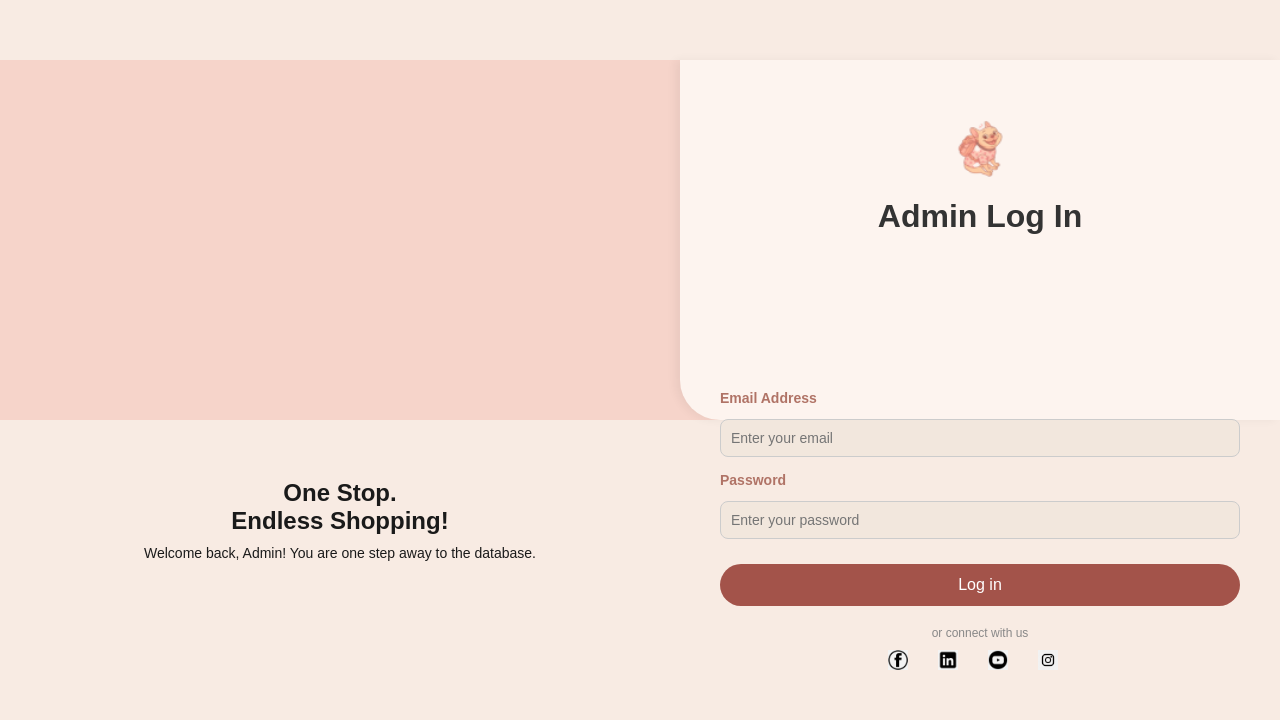
Repository: Yanayana-p/Bullgoods
Page: /adminlogin (app in Bullgoodiez/)
An editor plug-in stored every save of this project. The page is shown before and after the next save, followed by the edit.
The browser window is 1280 px wide. The pictures show the whole page.
Some web fonts or font styles are not loaded; a fallback is used. The project was rebuilt for these pictures with package versions that can differ from the ones it lists, and the page was loaded fresh each time. Also part of the build but not shown: Bullgoodiez/vite.config.js, Bullgoodiez/src/components/Navbar.css, Bullgoodiez/src/components/Navbar.jsx, Bullgoodiez/src/components/Home.jsx, Bullgoodiez/src/components/Developers.css, Bullgoodiez/src/components/Developers.jsx, Bullgoodiez/src/components/Mission1.css, Bullgoodiez/src/components/Mission1.jsx and 22 more.

Above is the page before, as saved 2025-05-18 23:05:39.

### Bullgoodiez/index.html
<!doctype html>
<html lang="en">
  <head>
    <meta charset="UTF-8" />
    <link rel="icon" type="image/svg+xml" href="/vite.svg" />
    <meta name="viewport" content="width=device-width, initial-scale=1.0" />
    <title>Bullgoods Marketplace</title>
       <!-- Google Fonts link-->
       <link href="https://fonts.googleapis.com/css2?family=Poetsen+One&display=swap" rel="stylesheet">
       <link rel="preconnect" href="https://fonts.googleapis.com">
   <link rel="preconnect" href="https://fonts.gstatic.com" crossorigin>
   <link href="https://fonts.googleapis.com/css2?family=Poppins:ital,wght@0,100;0,200;0,300;0,400;0,500;0,600;0,700;0,800;0,900;1,100;1,200;1,300;1,400;1,500;1,600;1,700;1,800;1,900&display=swap" rel="stylesheet">
   <link rel="preconnect" href="https://fonts.googleapis.com">
   <link rel="preconnect" href="https://fonts.gstatic.com" crossorigin>
   <link href="https://fonts.googleapis.com/css2?family=League+Spartan:wght@100..900&family=Poppins:ital,wght@0,100;0,200;0,300;0,400;0,500;0,600;0,700;0,800;0,900;1,100;1,200;1,300;1,400;1,500;1,600;1,700;1,800;1,900&display=swap" rel="stylesheet">

  </head>
  <body>
    <div id="root"></div>
    <script type="module" src="/src/main.jsx"></script>
  </body>
</html>

### Bullgoodiez/src/index.css
* {
  margin: 0;
  padding: 0;
  box-sizing: border-box;
}

body {
  font-family: 'Segoe UI', sans-serif;
  background-color: #F2E7DD;
  color: #333;
}

a {
  text-decoration: none;
  color: inherit;
}

html {
  scroll-behavior: smooth;
}

### Bullgoodiez/src/App.jsx
import React from 'react';
import { useParams } from 'react-router-dom';
import { BrowserRouter as Router, Routes, Route } from 'react-router-dom';

// Main page components
import Navbar from './components/Navbar';
import Home from './components/Home';
import Developers from './components/Developers';
import Mission from './components/Mission1';
import Footer from './components/Footer1';

// First page components
import Fnavbar1 from './firstpage/Fnavbar';
import Fhome from './firstpage/Fhome';
import Fcategory from './firstpage/fcategory';
import Fproducts from './firstpage/Fproducts';
import Ffooter from './firstpage/Ffooter';

// User page components
import Unavbar from './userpage/Unavbar';
import Uprofile from './userpage/Uprofile';
import Uinfo from './userpage/Uinfo';
import Ufooter from './userpage/Ufooter';

import LoginPage from './loginpage/loginpage';
import Navibar from './components/Navibar';

import Pnavbar from './dproductpage/Pnavbar';
import Pproduct from './dproductpage/Pproduct';
import Pfooter from './dproductpage/Pfooter';

import Alogin from './adminlogin/alogin';


function MainPage() {
  return (
    <>
      <Navbar />
      <div id="hero">
        <Home />
      </div>
      <div id="developers">
        <Developers />
      </div>
      <div id="mission">
        <Mission />
      </div>
      <div id="footer">
        <Footer />
      </div>
    </>
  );
}

function FirstPage() {
  return (
    <>
      <Fnavbar1 />
      <div className="fhome-wrapper">
        <Fhome />
      </div>
      <div className="fcategory-wrapper">
        <Fcategory />
      </div>
      <div className="fproducts-wrapper">
        <Fproducts />
      </div>
      <div className="ffooter-wrapper">
        <Ffooter />
      </div>
    </>
  );
}

function UserPage() {
  return (
    <>
      <Unavbar />
      <div className="Uprofile-wrapper">
        <Uprofile />
      </div>
      <div className="Uinfo-wrapper">
        <Uinfo />
      </div>
      <div className="Ufooter-wrapper">
        <Ufooter />
      </div>
    </>
  );
}

function ProductPage() {
  const { id } = useParams();
  return (
    <>
      <Pnavbar />
      <div className="product-wrapper">
        <Pproduct productId={id} />
      </div>
      <Pfooter />
    </>
  );
}

function AdminLogin() {
  return (
    <>
      <Alogin />
    </>
  );
}

function App() {
  return (
    <Router>
      <Routes>
        <Route path="/" element={<MainPage />} />
        <Route path="/firstpage" element={<FirstPage />} />
        <Route path="/userpage" element={<UserPage />} />
        <Route path="/loginpage" element={<><Navibar /> <LoginPage /></>} />
        <Route path="/dproductpage/:id" element={<ProductPage />} />
        <Route path="/adminlogin" element={<AdminLogin />} />
      </Routes>
    </Router>
  );
}

export default App;

### Bullgoodiez/src/adminlogin/alogin.jsx
import React from 'react';
import './alogin.css';

const Alogin = () => {
  return (
    <div className="admin-login-page">
      <div className="admin-left-panel">
        <h2>One Stop.<br />Endless Shopping!</h2>
        <p>Welcome back, Admin! You are one step away to the database.</p>
      </div>

      <div className="admin-right-wrapper">
        <div className="admin-right-panel">
          <img src="/webcon.png" alt="Bullgoods" className="logo" />
          <h1>Admin Log In</h1>
          <form className="login-form">
            <label>Email Address</label>
            <input type="email" placeholder="Enter your email" />

            <label>Password</label>
            <input type="password" placeholder="Enter your password" />

            <button type="submit">Log in</button>
          </form>

          <p className="connect-text">or connect with us</p>
          <div className="social-icons">
            <a href="#"><img src="/fb-icon.png" alt="Facebook" /></a>
            <a href="#"><img src="/linkedin-icon.png" alt="LinkedIn" /></a>
            <a href="#"><img src="/youtube-icon.png" alt="YouTube" /></a>
            <a href="#"><img src="/instagram-icon.png" alt="Instagram" /></a>
          </div>
        </div>
      </div>
    </div>
  );
};

export default Alogin;

### Bullgoodiez/src/components/Home.css
@import url('https://fonts.googleapis.com/css2?family=Dancing+Script:wght@400;700&family=Poppins:wght@400;600&display=swap');

.home-container {
    padding-top: 100px;
    text-align: center;
}

.hero-section {
    background-color: #f0f0f0;
    padding: 100px 40px;
    border: 2px solid #CA8E82;
    border-radius: 36px;
    max-width: 1500px;
    margin: 0 auto;
    display: flex;
    justify-content: space-between;
    align-items: center;
    gap: 0px;
    transition: transform 0.3s ease-in-out;
}

.hero-section:hover {
    transform: translateY(-10px);
}

.hero-section .image-container {
    width: 50%;
}

.hero-section img {
    width: 80%;
    height: auto;
    transition: transform 0.3s ease-in-out;
}

.hero-section img:hover {
    transform: scale(1.1);
}

.hero-section .text-container {
    width: 50%;
    text-align: center;
    display: flex;
    flex-direction: column;
    align-items: center;
    justify-content: center;
}

.hero-section h1 {
    font-family: 'Dancing Script', cursive;
    font-size: 48px;
    color: #CA8E82;
    margin-bottom: 20px;
    letter-spacing: 1px;
    animation: fadeIn 1s ease-out;
}

@keyframes fadeIn {
    0% {
        opacity: 0;
        transform: translateY(20px);
    }
    100% {
        opacity: 1;
        transform: translateY(0);
    }
}

.hero-section p {
    font-family: 'Poppins', sans-serif;
    font-size: 20px;
    color: #666;
    line-height: 1.6;
    letter-spacing: 0.5px;
    opacity: 0;
    animation: fadeIn 1.5s ease-out forwards;
    animation-delay: 0.5s;
}

.shop-now {
    padding: 10px 30px;
    background-color: #CA8E82;
    border: none;
    color: white;
    font-size: 18px;
    font-weight: bold;
    cursor: pointer;
    border-radius: 27px;
    margin-top: 20px;
    transition: background-color 0.3s ease, transform 0.3s ease;
}

.shop-now:hover {
    background-color: #292421;
    transform: translateY(-5px);
}

.features {
    padding: 50px 20px;
}

.features h2 {
    font-size: 30px;
    color: #333;
    font-family: 'Poppins', sans-serif;
    font-weight: 600;
}

.feature-cards {
    display: flex;
    justify-content: center;
    gap: 30px;
    margin-top: 40px;
}

.feature-card {
    background-color: #f8f8f8;
    border: 1px solid #ddd;
    padding: 20px;
    width: 250px;
    text-align: center;
    border-radius: 10px;
    transition: transform 0.3s ease, box-shadow 0.3s ease;
}

.feature-card:hover {
    transform: translateY(-10px);
    box-shadow: 0 8px 16px rgba(0, 0, 0, 0.1);
}

.feature-card h3 {
    font-size: 20px;
    color: #CA8E82;
    font-family: 'Dancing Script', cursive;
    transition: color 0.3s ease;
}

.feature-card:hover h3 {
    color: #292421;
}

.feature-card p {
    font-size: 16px;
    color: #555;
    font-family: 'Poppins', sans-serif;
    transition: color 0.3s ease;
}

.feature-card:hover p {
    color: #CA8E82;
}

### Bullgoodiez/src/components/Footer1.css
.footer {
    display: flex;
    justify-content: space-between;
    padding: 30px;
    background-color: #f2e7dd; /* Background color for the footer */
    color: #CA8E82; /* Text color */
    font-family: 'Arial', sans-serif;
    margin-top: 30px; /* Ensure there's space between the content and the footer */
    z-index: 1;  /* Set a lower z-index than the navbar if needed */
    position: relative; /* Ensures the footer is positioned within the normal document flow */
  }

  .footer-left {
    flex: 1;
    text-align: left;
  }

  .footer-left h2 {
    font-size: 30px;
    margin-bottom: 10px;
  }

  .social-icons a {
    margin-right: 15px;
  }

  .social-icons img {
    width: 20px;
    height: 20px;
  }

  .footer-right {
    color: #000000;
    flex: 2;
    display: flex;
    justify-content: space-between;
  }

  .footer-column {
    font-size: 15px;
    display: flex;
    flex-direction: column;
    width: 200px; /* Adjust width per column */
  }

  .footer-column h4 {
    font-size: 20px;
    margin-bottom: 10px;
  }

  .footer-column ul {
    list-style-type: none;
    padding: 0;
  }

  .footer-column li {
    margin-bottom: 8px;
    font-size: 16px;
  }

  .footer-column li:hover {
    text-decoration: underline;
  }

### Bullgoodiez/src/firstpage/Fnavbar.css
.fnavbar {
    display: flex;
    justify-content: space-between;
    align-items: center;
    padding: 10px 20px;
    background-color: #F2E7DD;
    position: fixed;
    top: 0;
    left: 0;
    right: 0;
    z-index: 100;
    transition: background-color 0.3s ease, box-shadow 0.3s ease;
  }

  .fnavbar-left {
    display: flex;
    justify-content: flex-start;
}

.fnavbar-center {
    display: flex;
    justify-content: center;
    flex: 2; /* This will take up more space in the middle */
}

.fnavbar-logo {
    height: 40px;
    margin-top: 10px;
}

.fnavbar-right {
    display: flex;
    gap: 10px;
    align-items: center;
    justify-content: center; /* Center the buttons */
    flex: 17; /* Ensures the right side only takes as much space as it needs */
}

.icon-button {
    background-color: #292421;
    color: #f3e7dd;
    border: none;
    border-radius: 37%;
    width: 40px;
    height: 40px;
    font-size: 18px;
    display: flex;
    align-items: center;
    justify-content: center;
    cursor: pointer;
    margin-top: 20px;
    transition: background-color 0.3s ease;
}

.icon-button:hover {
    background-color: #CA8E82;
}

  .start-selling {
    background-color: #292421;
    color: #f3e7dd;
    border: none;
    padding: 13px 34px;
    border-radius: 27px;
    font-weight: bold;
    cursor: pointer;
    margin-top: 20px;
    transition: background-color 0.3s ease;
  }

  .start-selling:hover {
    background-color: #CA8E82;
  }


  body {
    padding-top: 60px;
  }

### Bullgoodiez/src/firstpage/Fhome.css
@import url('https://fonts.googleapis.com/css2?family=Dancing+Script:wght@400;700&family=Poppins:wght@400;600&display=swap');

.fhome-container {
    display: flex;
    flex-direction: column;
    align-items: center;
    justify-content: center;
    height: 30vh;
    background-color: #f3e7dd;
    color: #292421;
    text-align: center;
    padding-top: 300px;
}

.time-day {
    display: flex;
    justify-content: center;
    align-items: center;
    gap: 20px; /* Adds space between time and day */
    padding: 10px; /* Add padding for space inside the border */
    border: 2px solid #CA8E82; /* Border with a specific color */
    border-radius: 110px; /* Border radius of 6px */
    background-color: white; /* Optional: Adds a background color for contrast */
}

.ph-time {
    font-size: 80px;
    font-weight: bold;
    margin: 0;
    font-family: 'Poppins', sans-serif; /* Clean, modern font for the time */
    padding: 25px 50px; /* Add padding for space inside the border */
    border: 2px solid #CA8E82; /* Border with a specific color */
    border-radius: 100px; /* Border radius of 6px */
    background-color: white; /* Optional: Adds a background color for contrast */
}

.day-date {
    font-size: 24px;
    margin-top: 15px;
    font-family: 'sans-serif';
}

.current-day {
    font-weight: bold;
}

.full-date {
    font-size: 24px;
    color: #333;
}

.search-image {
    margin-top: 30px;
    width: 250px;  /* You can adjust this value as needed */
    height: auto;  /* Maintain the aspect ratio */
    object-fit: contain;  /* Ensure it doesn't get distorted */
    margin-bottom: 0px;  /* Adds space between the image and the search bar */
  }

.search-section {
    display: flex;
    justify-content: center;
    align-items: center;
    margin-top: 1px;
    width: 100%;
}

.search-wrapper {
    position: relative;
    width: 100%;
    max-width: 700px;
}

/* input styling */
.search-bar {
    width: 100%;
    padding: 12px 50px 12px 20px; /* space for button inside */
    font-size: 18px;
    border: 2px solid #292421;
    border-radius: 30px;
    background-color: rgba(0, 0, 0, 0.1); /* Semi-transparent black */
    outline: none;
    transition: all 0.3s ease;
}

.search-bar:focus {
    border-color: #292421;
    box-shadow: 0 0 10px rgba(202, 142, 130, 0.5);
    background-color: rgba(224, 128, 144, 0.3); /* Slightly darker transparent black when focused */
}

/* icon button styling */
.search-button {
    position: absolute;
    right: 17px;
    top: 50%;
    transform: translateY(-50%);
    background-color: transparent;
    border: none;
    font-size: 20px;
    border-color: #292421;
    cursor: pointer;
    padding: 0;
}

.search-button:hover {
    color: #A03936;
}

body {
    padding-top: 60px; /* Ensure that the page content doesn't hide under the navbar */
}

.fhome-wrapper,
.fcategory-wrapper,
.fproducts-wrapper {
  display: flex;
  flex-direction: column;
  align-items: center;
  width: 100%;
}

### Bullgoodiez/src/firstpage/Ffooter.css
.footer {
    display: flex;
    justify-content: space-between;
    padding: 30px;
    background-color: #f2e7dd; /* Background color for the footer */
    color: #CA8E82; /* Text color */
    font-family: 'Arial', sans-serif;
    margin-top: 30px; /* Ensure there's space between the content and the footer */
    z-index: 1;  /* Set a lower z-index than the navbar if needed */
    position: relative; /* Ensures the footer is positioned within the normal document flow */
  }

  .footer-left {
    flex: 1;
    text-align: left;
  }

  .footer-left h2 {
    font-size: 30px;
    margin-bottom: 10px;
  }

  .social-icons a {
    margin-right: 15px;
  }

  .social-icons img {
    width: 20px;
    height: 20px;
  }

  .footer-right {
    color: #000000;
    flex: 2;
    display: flex;
    justify-content: space-between;
  }

  .footer-column {
    font-size: 15px;
    display: flex;
    flex-direction: column;
    width: 200px; /* Adjust width per column */
  }

  .footer-column h4 {
    font-size: 20px;
    margin-bottom: 10px;
  }

  .footer-column ul {
    list-style-type: none;
    padding: 0;
  }

  .footer-column li {
    margin-bottom: 8px;
    font-size: 16px;
  }

  .footer-column li:hover {
    text-decoration: underline;
  }

### Bullgoodiez/src/userpage/Uinfo.css
.user-form-minimal {
    width: 50%;
    margin-left: 2rem;
    padding: 2rem;
    background: none;
    box-shadow: none;
    transition: all 0.3s ease-in-out;
  }

  .user-form-minimal h2 {
    font-size: 1.8rem;
    margin-bottom: 1.5rem;
  }

  .form-row {
    display: flex;
    gap: 1rem;
    margin-bottom: 1rem;
  }

  .form-group {
    flex: 1;
    display: flex;
    flex-direction: column;
    transition: all 0.3s ease;
  }

  label {
    margin-bottom: 0.5rem;
    font-weight: bold;
  }

  input {
    padding: 0.5rem;
    border: 1px solid #ccc;
    border-radius: 4px;
    transition: border 0.3s ease, box-shadow 0.3s ease;
    background-color: #F2E7DD;
  }

  input:focus {
    border-color: #000;
    box-shadow: 0 0 5px rgba(0, 0, 0, 0.2);
    outline: none;
  }

  .submit-btn {
    width: 100%;
    padding: 0.75rem;
    background-color: #000;
    border-radius: 8px;
    color: white;
    border: none;
    margin-top: 1rem;
    cursor: pointer;
    transition: background-color 0.3s ease;
  }

  .submit-btn:hover {
    background-color: #333;
  }

  .action-buttons {
    display: flex;
    justify-content: space-between;
    margin-top: 1rem;
  }

  .edit-btn,
  .delete-btn {
    flex: 1;
    padding: 0.75rem;
    margin: 0.5rem;
    border: none;
    cursor: pointer;
    border-radius: 8px;
    transition: background-color 0.3s ease, transform 0.2s ease;
  }

  .edit-btn {
    background-color: #000;
    color: #F2E7DD;
  }

  .edit-btn:hover {
    background-color: #333;
    transform: scale(1.02);
  }

  .delete-btn {
    background-color: #b23b3b;
    color: white;
  }

  .delete-btn:hover {
    background-color: #911c1c;
    transform: scale(1.02);
  }

### Bullgoodiez/src/userpage/Ufooter.css
.footer {
    display: flex;
    justify-content: space-between;
    padding: 30px;
    background-color: #f2e7dd; /* Background color for the footer */
    color: #CA8E82; /* Text color */
    font-family: 'Arial', sans-serif;
    margin-top: 30px; /* Ensure there's space between the content and the footer */
    z-index: 1;  /* Set a lower z-index than the navbar if needed */
    position: relative; /* Ensures the footer is positioned within the normal document flow */
  }

  .footer-left {
    flex: 1;
    text-align: left;
  }

  .footer-left h2 {
    font-size: 30px;
    margin-bottom: 10px;
  }

  .social-icons a {
    margin-right: 15px;
  }

  .social-icons img {
    width: 20px;
    height: 20px;
  }

  .footer-right {
    color: #000000;
    flex: 2;
    display: flex;
    justify-content: space-between;
  }

  .footer-column {
    font-size: 15px;
    display: flex;
    flex-direction: column;
    width: 200px; /* Adjust width per column */
  }

  .footer-column h4 {
    font-size: 20px;
    margin-bottom: 10px;
  }

  .footer-column ul {
    list-style-type: none;
    padding: 0;
  }

  .footer-column li {
    margin-bottom: 8px;
    font-size: 16px;
  }

  .footer-column li:hover {
    text-decoration: underline;
  }

### Bullgoodiez/src/dproductpage/Pproduct.css
body {
  margin: 0;
  font-family: Arial, sans-serif;
  background-color: #f8ebe3;
}

.page-container {
  padding-top: 100px;
  display: flex;
  justify-content: center;
  overflow-x: hidden;
}

.product-container {
  display: flex;
  flex-direction: row;
  gap: 40px;
  max-width: 1000px;
  width: 100%;
  padding: 40px;
  border-radius: 12px;
  color: black;
  box-shadow: 0 2px 10px rgba(0, 0, 0, 0.1);
  flex-wrap: wrap; /* Allow wrap for responsiveness */
}

.image-section {
  flex: 1;
  min-width: 300px;
  display: flex;
  align-items: center;
  justify-content: center;
}

.main-image {
  width: 300px;
  height: 300px;
  object-fit: cover;
  border-radius: 10px;
  border: 2px solid #ccc;
}

.details-section {
  flex: 1;
  min-width: 300px;
  max-width: 100%;
  display: flex;
  flex-direction: column;
  justify-content: flex-start;
  overflow-y: auto;
  max-height: 400px; /* Set a height limit to allow scroll */
}

.details-section h2 {
  margin-bottom: 10px;
  font-size: 28px;
}

.price {
  color: #8b2d2d;
  font-size: 22px;
  margin-bottom: 15px;
}

.details-section p {
  font-size: 16px;
  line-height: 1.6;
  margin-bottom: 20px;
  word-wrap: break-word;
}

.button-row {
  display: flex;
  gap: 15px;
  flex-wrap: wrap;
}

.btn {
  padding: 10px 20px;
  background-color: #8b2d2d;
  color: white;
  border: none;
  border-radius: 20px;
  cursor: pointer;
  transition: background-color 0.3s;
}

.btn:hover {
  background-color: #5f1c1c;
}

.product-not-found {
  margin-top: 100px;
  text-align: center;
  font-size: 20px;
  color: red;
}

### Bullgoodiez/src/dproductpage/Pfooter.css
.footer {
    display: flex;
    justify-content: space-between;
    padding: 30px;
    background-color: #f2e7dd; /* Background color for the footer */
    color: #CA8E82; /* Text color */
    font-family: 'Arial', sans-serif;
    margin-top: 30px; /* Ensure there's space between the content and the footer */
    z-index: 1;  /* Set a lower z-index than the navbar if needed */
    position: relative; /* Ensures the footer is positioned within the normal document flow */
    flex-shrink: 0;
  }

  .footer-left {
    flex: 1;
    text-align: left;
  }

  .footer-left h2 {
    font-size: 30px;
    margin-bottom: 10px;
  }

  .social-icons a {
    margin-right: 15px;
  }

  .social-icons img {
    width: 20px;
    height: 20px;
  }

  .footer-right {
    color: #000000;
    flex: 2;
    display: flex;
    justify-content: space-between;
  }

  .footer-column {
    font-size: 15px;
    display: flex;
    flex-direction: column;
    width: 200px; /* Adjust width per column */
  }

  .footer-column h4 {
    font-size: 20px;
    margin-bottom: 10px;
  }

  .footer-column ul {
    list-style-type: none;
    padding: 0;
  }

  .footer-column li {
    margin-bottom: 8px;
    font-size: 16px;
  }

  .footer-column li:hover {
    text-decoration: underline;
  }

### Bullgoodiez/src/adminlogin/alogin.css
.admin-login-page {
  display: flex;
  height: 50vh;
  background-color: #f6d4ca;
  font-family: 'Arial', sans-serif;
  margin: 0;
  padding: 0;
}

.admin-left-panel {
  flex: 1;
  padding: 60px 40px;
  color: #1a1a1a;
  display: flex;
  flex-direction: column;
  justify-content: center;
  text-align: center;
  margin-top: 400px;
}

.admin-left-panel h2 {
  font-size: 24px;
  font-weight: bold;
  margin-bottom: 10px;
}

.admin-left-panel p {
  font-size: 14px;
}

.admin-right-wrapper {
  flex: 1;
  display: flex;
  align-items: flex-start; /* Align to top */
  justify-content: center;
  background-color: transparent; /* No background here */
  position: relative;
}

.admin-right-panel {
  margin-top: 0;
  background-color: #fdf4ef;
  border-bottom-left-radius: 40px;
  height: 100%;
  width: 100%; /* Takes full space of wrapper */
  max-width: 700px; /* ← Increase this to widen the rectangle */
  padding: 60px 40px;
  box-shadow: -5px 0 10px rgba(0, 0, 0, 0.05);
  display: flex;
  flex-direction: column;
  align-items: center;
}

.logo {
  width: 50px;
  margin-bottom: 10px;
}

h1 {
  margin: 10px 0;
}

.login-form {
  width: 100%;
  display: flex;
  flex-direction: column;
  text-align: left;
  margin-top: 130px; /* Add this */
}

.login-form label {
  font-size: 14px;
  margin-top: 15px;
  color: #b07366;
}

.login-form input {
  padding: 10px;
  margin-top: 5px;
  border-radius: 8px;
  border: 1px solid #ccc;
  font-size: 14px;
}

.login-form button {
  margin-top: 25px;
  padding: 12px;
  background-color: #a3534a;
  color: white;
  border: none;
  border-radius: 25px;
  font-size: 16px;
  cursor: pointer;
}

.login-form button:hover {
  background-color: #803c36;
}

.connect-text {
  margin: 20px 0 10px;
  font-size: 12px;
  color: #888;
}

.social-icons {
  display: flex;
  justify-content: center;
  gap: 15px;
}

.social-icons img {
  width: 20px;
  height: 20px;
}

Loaded but not shown: Bullgoodiez/src/main.jsx (common file)

After the next save:
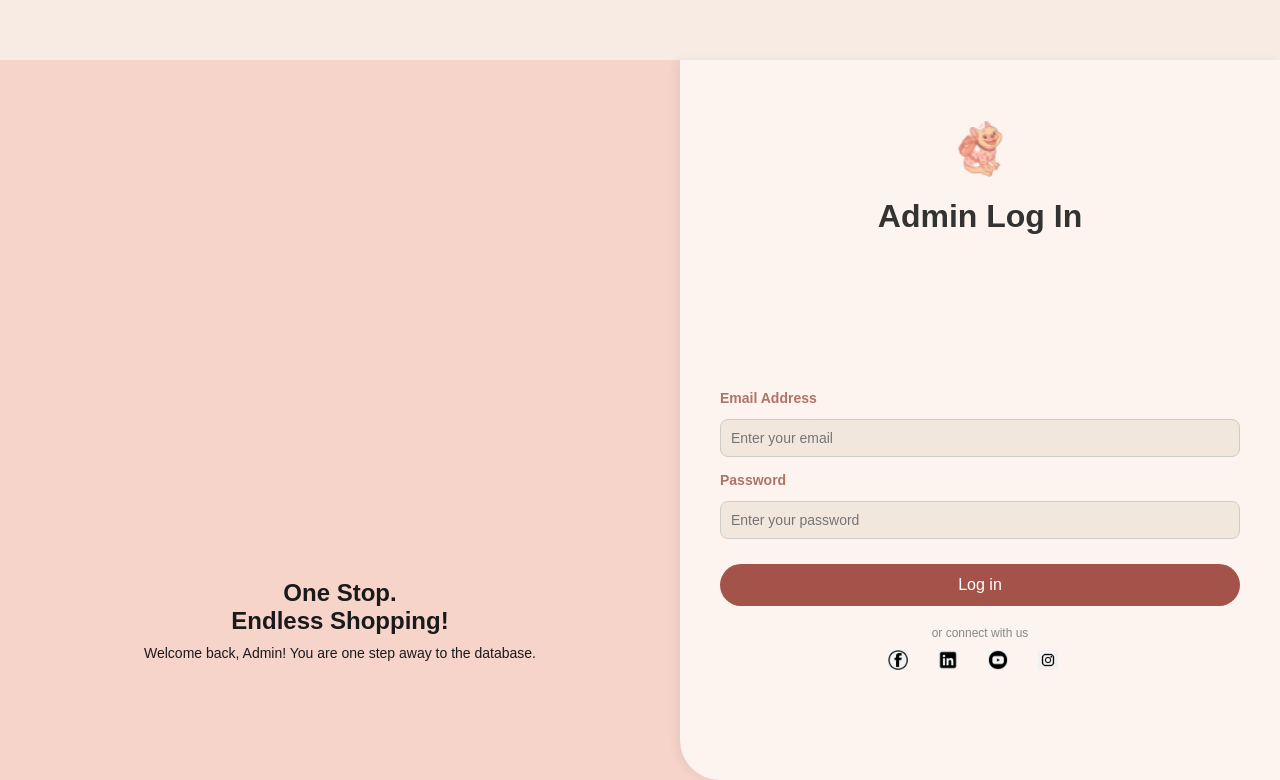
Saved 4 s later.
--- a/Bullgoodiez/src/adminlogin/alogin.css
+++ b/Bullgoodiez/src/adminlogin/alogin.css
@@ -1,6 +1,6 @@
 .admin-login-page {
   display: flex;
-  height: 50vh;
+  height: 100vh;
   background-color: #f6d4ca;
   font-family: 'Arial', sans-serif;
   margin: 0;
